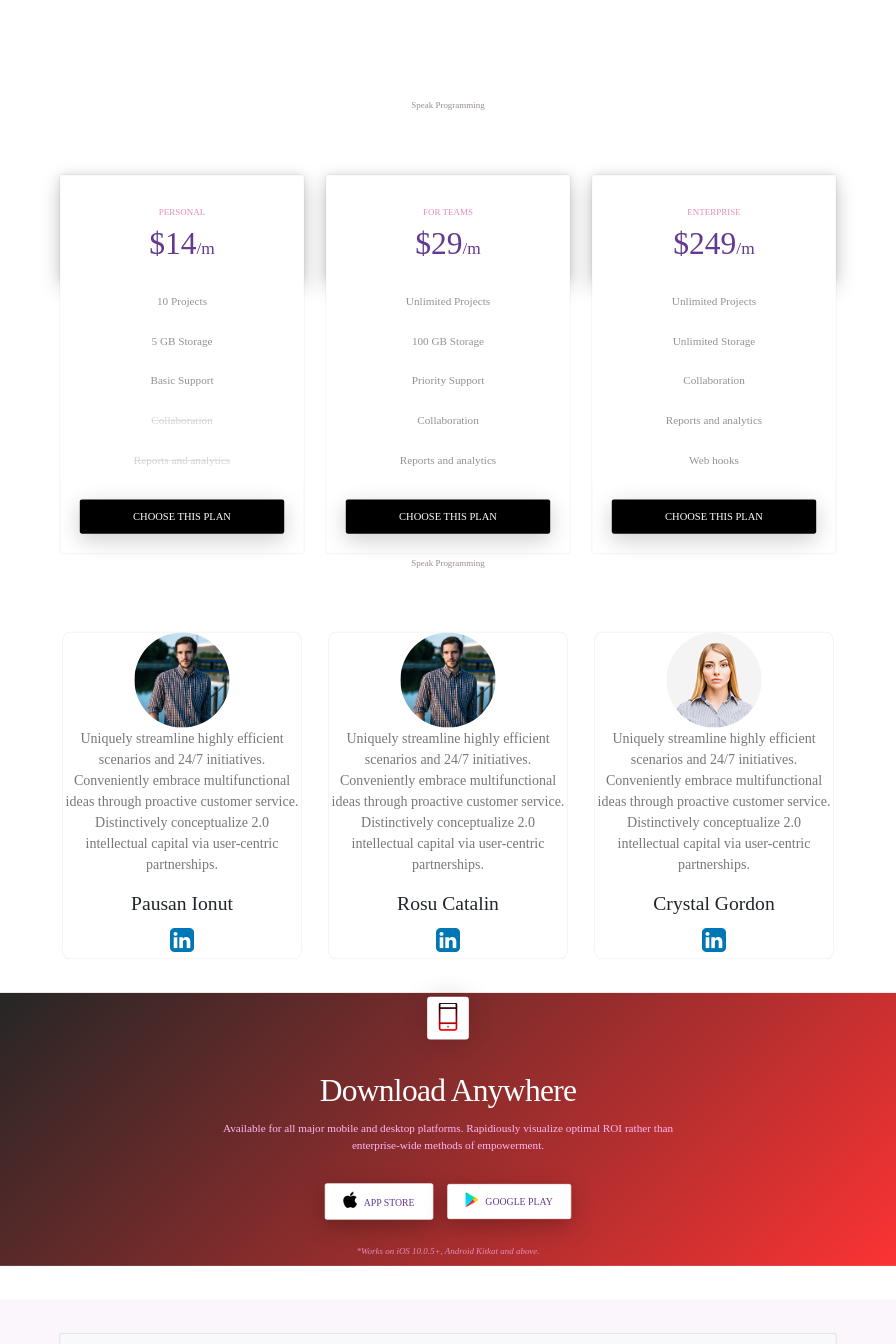
Repository: RosuCatalinDorin/ITSchool
Page: home-page/index.html
These files come from the project's save history. The page is drawn as it stood at one moment and after the next save; the edit follows.
The browser window is 1280 px wide. The pictures show the part of the page from y = 528 to 2448 px (the page is 3488 px tall), at 70% of full size.
Some web libraries are served in a nearby version.

Above is the page before, as saved 2019-03-13 16:36:38.

### home-page/index.html
<!doctype html>
<html lang="en">


<head>
    <title>Speak Programming</title>
    <!-- Required meta tags -->
    <meta charset="utf-8">
    <meta name="viewport" content="width=device-width, initial-scale=1, shrink-to-fit=no">
    <meta name="description" content="Mobland - Mobile App Landing Page Template">
    <meta name="keywords" content="HTML5, bootstrap, mobile, app, landing, ios, android, responsive">
    <!-- Font -->

    <link rel="dns-prefetch" href="//fonts.googleapis.com">
     <!-- Bootstrap CSS -->
    <link rel="stylesheet" href="../css/bootstrap.min.css">
    <!-- Themify Icons -->
    <link rel="stylesheet" href="../css/themify-icons.css">
    <!-- Owl carousel -->
    <link rel="stylesheet" href="../css/owl.carousel.min.css">
    <link rel="stylesheet" href="../css/teamStyle.css">
    <link rel="stylesheet" href="../detaliiCurs/css/detalii-curs.css">
    <link rel="stylesheet" href="./home.css">



    <link rel="stylesheet" href="https://maxcdn.bootstrapcdn.com/font-awesome/4.5.0/css/font-awesome.min.css">

    <!-- Main css -->
    <link href="../css/style.css" rel="stylesheet">
    <link rel="shortcut icon" href="../images/partea_de_susLogo.png"/>
    <!-- jQuery and Bootstrap -->
    <script src="../js/jquery-3.2.1.min.js"></script>
    <script src="../js/bootstrap.bundle.min.js"></script>
    <!-- Plugins JS -->
    <script src="../js/owl.carousel.min.js"></script>
    <!-- Custom JS -->
    <script src="../js/script.js"></script>
    <script src="../js/fbLogin.js"></script>

</head>

<body data-spy="scroll" data-target="#navbar" data-offset="30">

    <!-- NAV BAR START-->
    <div class="nav-menu fixed-top">
        <div class="container">
            <div class="row">
                <div class="col-md-12">
                    <nav class="navbar navbar-dark navbar-expand-lg">
                        <a class="navbar-brand" href="index.html"><img src="../images/partea_de_susLogo.png" height="43" width="43" class="img-fluid" alt="logo"></a> <button class="navbar-toggler" type="button" data-toggle="collapse" data-target="#navbar" aria-controls="navbar" aria-expanded="false" aria-label="Toggle navigation"> <span class="navbar-toggler-icon"></span> </button>
                        <div class="collapse navbar-collapse" id="navbar">
                            <ul class="navbar-nav ml-auto">
                                <li class="nav-item"> <a class="nav-link active" href="#home">HOME <span class="sr-only">(current)</span></a> </li>
                                <li class="nav-item"> <a class="nav-link" href="#cursuri">CURSURI</a> </li>
                                <li class="nav-item"> <a class="nav-link" href="#aboutUS">DESPRE NOI</a> </li>
                                <li class="nav-item"> <a class="nav-link" href="#contact">CONTACT</a> </li>
                            </ul>
                        </div>
                    </nav>
                </div>
              </div>
         </div>
    </div>
<!-- NAV BAR END -->
    <!-- START HEADER -->
    <header  id="home">
        <div class="container mt-5">
            <h1 class="textClass"> Mesaj 1 (eu zic moto)</h1>
        </div>
        <div class="img-holder mt-3"><img src="../images/logo_partea_deJos.png" alt="phone" class="img-fluid">
            <p class="textClass">Mesaj 2 De ce am creat asta? O intrebare de genu</p>
        </div>
    </header>

    <!-- END HEADER -->

    <div class="section" id="cursuri">
        <div class="container">
            <div class="section-title">
                <small>Speak Programming</small>
                <h3>Cursuri</h3>
            </div>

            <div class="card-deck">
                <div class="card pricing">
                    <div class="card-head">
                        <small class="text-primary">PERSONAL</small>
                        <span class="price">$14<sub>/m</sub></span>
                    </div>
                    <ul class="list-group list-group-flush">
                        <div class="list-group-item">10 Projects</div>
                        <div class="list-group-item">5 GB Storage</div>
                        <div class="list-group-item">Basic Support</div>
                        <div class="list-group-item"><del>Collaboration</del></div>
                        <div class="list-group-item"><del>Reports and analytics</del></div>
                    </ul>
                    <div class="card-body">
                        <a href="screens/curs.html" class="btn btn-primary btn-lg btn-block">Choose this Plan</a>
                    </div>
                </div>
                <div class="card pricing">
                    <div class="card-head">
                        <small class="text-primary">FOR TEAMS</small>
                        <span class="price">$29<sub>/m</sub></span>
                    </div>
                    <ul class="list-group list-group-flush">
                        <div class="list-group-item">Unlimited Projects</div>
                        <div class="list-group-item">100 GB Storage</div>
                        <div class="list-group-item">Priority Support</div>
                        <div class="list-group-item">Collaboration</div>
                        <div class="list-group-item">Reports and analytics</div>
                    </ul>
                    <div class="card-body">
                        <a href="screens/curs.html" class="btn btn-primary btn-lg btn-block">Choose this Plan</a>
                    </div>
                </div>
                <div class="card pricing">
                    <div class="card-head">
                        <small class="text-primary">ENTERPRISE</small>
                        <span class="price">$249<sub>/m</sub></span>
                    </div>
                    <ul class="list-group list-group-flush">
                        <div class="list-group-item">Unlimited Projects</div>
                        <div class="list-group-item">Unlimited Storage</div>
                        <div class="list-group-item">Collaboration</div>
                        <div class="list-group-item">Reports and analytics</div>
                        <div class="list-group-item">Web hooks</div>
                    </ul>
                    <div class="card-body">
                        <a href="screens/curs.html" class="btn btn-primary btn-lg btn-block">Choose this Plan</a>
                    </div>
                </div>
            </div>
            <!-- // end .pricing -->
        </div>

    </div>


        <div class="container   embed-responsive">
            <div class="section-title">
                <small>Speak Programming</small>
                <h3>Trainers</h3>
            </div>
            <div class="contentTem">
                <div class="divNewTeam testimonials-single">
                    <img src="../images/pozaIonutPausan.jpg" class="rounded-circle" alt="Cinque Terre" width="136" height="136">
                    <blockquote class="blockquote">Uniquely streamline highly efficient scenarios and 24/7 initiatives. Conveniently embrace multifunctional ideas through proactive customer service. Distinctively conceptualize 2.0 intellectual capital via user-centric partnerships.</blockquote>
                    <h5 class="mt-4 mb-2">Pausan Ionut</h5>
                    <a href="#" class="btn"> <i class="fa fa-linkedin-square" style="font-size:40px; color:#0077B5"></i>  </a>
                </div>
                <div class="divNewTeam testimonials-single">
                    <img src="../images/pozaIonutPausan.jpg" class="rounded-circle" alt="Cinque Terre" width="136" height="136">
                    <blockquote class="blockquote">Uniquely streamline highly efficient scenarios and 24/7 initiatives. Conveniently embrace multifunctional ideas through proactive customer service. Distinctively conceptualize 2.0 intellectual capital via user-centric partnerships.</blockquote>
                    <h5 class="mt-4 mb-2">Rosu Catalin</h5>
                    <a href="#" class="btn"><i class="fa fa-linkedin-square" style="font-size:40px; color:#0077B5"></i>  </a>
                </div>
                <div class="divNewTeam testimonials-single">
                    <img src="../images/client.png" class="rounded-circle" alt="Cinque Terre" width="136" height="136">
                    <blockquote class="blockquote">Uniquely streamline highly efficient scenarios and 24/7 initiatives. Conveniently embrace multifunctional ideas through proactive customer service. Distinctively conceptualize 2.0 intellectual capital via user-centric partnerships.</blockquote>
                    <h5 class="mt-4 mb-2">Crystal Gordon</h5>
                    <a href="#" class="btn"> <i class="fa fa-linkedin-square" style="font-size:40px; color:#0077B5"></i>  </a>
                </div>
            </div>
        </div>

    <div class="section bg-gradient" id ="aboutUS">
        <div class="container">
            <div class="call-to-action">

                <div class="box-icon"><span class="ti-mobile gradient-fill ti-3x"></span></div>
                <h2>Download Anywhere</h2>
                <p class="tagline">Available for all major mobile and desktop platforms. Rapidiously visualize optimal ROI rather than enterprise-wide methods of empowerment. </p>
                <div class="my-4">
                    <a href="#" class="btn btn-light"><img src="../images/appleicon.png" alt="icon"> App Store</a>
                    <a href="#" class="btn btn-light"><img src="../images/playicon.png" alt="icon"> Google play</a>
                </div>
                <p class="text-primary"><small><i>*Works on iOS 10.0.5+, Android Kitkat and above. </i></small></p>
            </div>
        </div>

    </div>
    <!-- // end .section -->

    <div class="light-bg py-5" id="contact">
        <div class="container">
            <div class="card bg-light">
                <article class="card-body mx-auto" style="max-width: 400px;">
                    <h4 class="card-title mt-3 text-center">Inscriete la curs </h4>
                    <p class="text-center">Completeaza campurile de mai jos </p>
                    <p class="divider-text">
                        <span class="bg-light">OR</span>
                    </p>
                    <form>
                        <div class="form-group input-group">
                            <div class="input-group-prepend">
                                <span class="input-group-text"> </span>
                            </div>
                            <input name="" class="form-control" placeholder="Nume complet" type="text">
                        </div> <!-- form-group// -->
                        <div class="form-group input-group">
                            <div class="input-group-prepend">
                                <span class="input-group-text"></span>
                            </div>
                            <input name="" class="form-control" placeholder="Adresa de e-mail" type="email">
                        </div> <!-- form-group// -->
                        <div class="form-group input-group">
                            <div class="input-group-prepend">
                                <span class="input-group-text">  </span>
                            </div>
                            <select class="custom-select" style="max-width: 120px;">
                                <option selected="">+40</option>
                                <option value="1">+972</option>
                                <option value="2">+198</option>
                                <option value="3">+701</option>
                            </select>
                            <input name="" class="form-control" placeholder="Numar de telefon" type="text">
                        </div> <!-- form-group// -->
                        <div class="form-group input-group">
                            <div class="input-group-prepend">
                                <span class="input-group-text"></span>
                            </div>
                            <select class="form-control">
                                <option selected=""> Selecteaza cursul</option>
                                <option>HTML5, CSS, JAVA-SCRIPT</option>
                                <option>MySQL,PHP</option>
                            </select>

                        </div> <!-- form-group end.// -->
                        <div class="form-group input-group">
                            <div class="input-group-prepend">
                                <span class="input-group-text">  </span>
                            </div>
                            <textarea  class="form-control"  rows="4" cols="50"></textarea>
                        </div> <!-- form-group// -->
                        <div class="form-group">
                            <button type="submit" class="btn btn-primary btn-block"> TestFAcebook  </button>
                        </div> <!-- form-group// -->
                    </form>
                </article>
            </div> <!-- card.// -->

        </div>

    </div>
    <!-- // end .section -->

    <!-- START FOOTER -->
    <footer class="footer">
            <div class="footer-container">
                <div class="footer-row">
                    <div class="social-media">
                        <h1>Contacteaza-ne pe:</h1>
                        <p class="social-media-paragraph">Speak programming:
                            <span>contact@speakprogramming.ro</span>
                        </p>
                        <p class="social-media-paragraph">Facebook:
                            <span>contact@speakprogramming.ro</span>
                        </p>
                        <div class="social-media-icons">

                        </div>
                        <p>Adresa</p>
                    </div>

                    <div class="contact-form">
                        <h1>Email us:</h1>
                        <label for="email">Email</label>
                        <input type="text" name="email" value="" class="form-control input-lg input-space" placeholder="Your Email"/>

                        <label for="mesaj">Scrie-ne un mesaj</label>
                        <textarea type="text" name="mesaj" value="" class="input-space form-control input-lg" placeholder="Mesaj..."/></textarea>
                        <button class="btn submit-button-footer">Submit</button>
                    </div>
                </div>


                <p class="copyright-message text-center"><small>COPYRIGHT © 2017. ALL RIGHTS RESERVED BY <a href="">SPEAK PROGRAMMING</a></small></p>
                <!-- <small class="copyright-message text-center footer-links">
                    <a href="#" class="m-2"></a>
                    <a href="#" class="m-2"></a>
                    <a href="#" class="m-2"></a>
                </small> -->
            </div>
        </footer>
</body>

</html>

### css/teamStyle.css
.divNewTeam{
    border: 1px solid #f1eef1;
    width: 30%;
    border-radius: 3%;
}
.contentTem{
    display: flex;
}
@media only screen and (max-width: 600px){
    .contentTem{
        display: block;
        margin-top: 50px;
    }
}

### detaliiCurs/css/detalii-curs.css
/* Header start */
.header-detalii-curs {
    background-image: url("../../images/headerbk.jpg");
    background-repeat: no-repeat;
    background-size: cover;
    padding-bottom:25px;
    margin-top: 40px;
    height: 400px;
    display: flex;
    flex-direction: column;
    justify-content: center;
}

.detalii-curs-titlu{
    font-size: 45px;
    margin-bottom: 30px;
}

.detalii-curs-motto{
    font-size: 25px;
    margin-bottom: 30px;
}

.enroll-header-btn{
    font-size: 15px;
}
.enroll-header-btn a {
    color: #FFF;
}

.enroll-header-btn:hover {
    background: #e5003c;
    cursor: pointer;
    border: 1px solid transparent;
    font-size: 16px;
}

.container-detalii-curs {
    text-align: center;
}

.detalii-curs-button-container{
    margin-bottom: 30px;
}
/* Header ends */

/* Info curs container start */
.curs-container {
    width: 100%;
    background: #f9f9f9;
    padding-bottom:40px;
}
.info-curs-container {
    width: 70%;
    margin: auto;
}

.info-title{
    padding-top: 55px;
    padding-bottom: 50px;
    height: auto;
}

.detalii-curs-motto {
    color: black;
}

.info-title h2{
    text-align: center;
}

    /* DETALII CURS -START */
.info-curs-detalii{
    display: flex;
    justify-content: space-between;
    margin-bottom: 30px;
}

.informatii-curs-sumar{
    width: 25%;
    -webkit-box-shadow: 2px 3px 18px -2px rgba(186,186,186,0.68);
    -moz-box-shadow: 2px 3px 18px -2px rgba(186,186,186,0.68);
    box-shadow: 2px 3px 18px -2px rgba(186,186,186,0.68);
    border-radius: 3%;
    background: #fff;
    border: 1px solid #f1eef1;
}

.informatii-curs-sumar h3 {
    text-align: center;
    color: black;
    padding:20px 0;
}

.informatii-curs-row{
    /* font size-font-style */
    display: flex;
}

.row-first-elem{
    font-weight: bold;
    width: 30%;
    padding-left: 10%;
}

.row-second-elem {
    width:60%;
    text-align: start;
    padding-left: 20%;
  }

.trainer-linkedin{
    display: flex;
    justify-content: space-between;
}
/* DETALII CURS -END */

/* DESCRIERE CURS START */
.descriere-curs{
    width: 60%;
}

.descriere-curs h4{
    font-weight: bold;
}

.descriere-cui-se-adreseaza{
    padding-bottom: 20px;
}

.descriere-cui-se-adreseaza h4{
    color: black;
    padding-bottom: 10px;
}

/* DESCRIERE CURS ENDS */

/* Info curs container ends */


/* PROGRAMA CURS START */

.programa-curs{
    margin: auto;
    width: 70%;
    justify-content: space-between;
    padding-bottom: 50px;
}

.detalii-programa {
    width: 100%;
    display: flex;
    justify-content: space-between;
}

.programa-curs-row{
    width: 25%;
    color: black;
    -webkit-box-shadow: 2px 3px 18px -2px rgba(186,186,186,0.68);
    -moz-box-shadow: 2px 3px 18px -2px rgba(186,186,186,0.68);
    box-shadow: 2px 3px 18px -2px rgba(186,186,186,0.68);
    border-radius: 3%;
    border: 1px solid #f1eef1;
}

.programa-curs-header {
    padding-top: 20px;
    display: flex;
    color:black;
    width:80%;
    margin: auto;
    justify-content: center;
}

.programa-curs-header h4{
    padding: 20px 0;
    font-weight: bold;
    color: black;
}

.programa-curs-header i {
    padding:25px 0 0 15px;
}


.lista-programa-curs{
    width: 90%;
    margin: auto;
    padding-bottom: 10px;
}

.lista-programa-curs li {
    padding-top: 10px;
    padding-bottom: 10px;
}

.web-basics{
    display: flex;
}

.web-basics li {
    width: 50%;
}

.web-basics div{
    padding-top: 10px;
}


/* PROGRAMA CURS ENDS */

/* DESCRIERE TRAINER START */
.trainer-section{
    position: relative;
    background:black;
    width: 100%;
    border-bottom: 2px solid lightgray;
    padding-bottom: 70px;
}

.descriere-trainer {
    width:70%;
    margin: auto;
    color: white;
}

.descriere-trainer h2,h3,h4{
    color:white;
}

.info-title span{
    color: #e5003c
}

.trainer-row {
    margin-top: 40px;
    display: flex;
    justify-content: space-between;
}

.trainer-profile{
    width:30%;
}

.trainer-delimitator {
    height: 1px;
    width: 100%;
    background: #959094;
    position: absolute;
    top:57%;
    left: 0;
    z-index:33;
    margin:auto;
}

.trainer-description{
    width: 60%;
}

.trainer-description p{
    color: #959094
}

.trainer-image-container{
    width: 34%;
    margin: auto;
    margin-bottom: 20px;
}

.trainer-image {
    border-radius:50%;
    margin:auto;
    width: 136px;
    height: 136px;
}

.trainer-name{
    width:50%;
    margin: auto;
    margin-bottom: 20px;
}

.trainer-name h3{
    text-align: center;
}

.trainer-description h4,p{
    padding-bottom: 10px;
}

.trainer-short-description span{
    padding-right: 5%;
}

.marketing-section-part1{
    height: 50%;
}

.marketing-section-part1 h1{
    font-size: 50px;
    text-align: center;
    padding: 15% 0 20px 0;
}

.marketing-section-part1 h3{
    color: black;
    text-align: center;
    padding: 40px 0 20px 0;
}

.img-container{
    display: flex;
    justify-content: space-around;
    padding-top: 15%;
}

.marketing-image-container {
    width: 25%;
}

.marketing-image-container img {
    width: 90%;
    height: 90%;
}

/* DESCRIERE TRAINER ENDS */

/* INSCRIERE CURS START */

.inscriere-curs-section {
    padding-bottom: 50px;
}

.inscriere-curs-container{
    display: flex;
    width: 70%;
    margin: auto;
}

.inscriere-marketing-section{
    background-image: url("../../images/bau.jpg");
    background-size: cover;
    width:49%;
    background-color: lightgrey;
    height:auto;
    display: flex;
    flex-direction: column;
}

.inscriere-form-container{
    width:49%;
}

.formular-inscriere{
    width: 90%;
    margin:0 auto;
}

.input-space{
    margin-bottom: 20px;
}

.termeni-conditii{
    display: flex;
    margin-bottom: 20px;
}

.checkbox{
    width: 2%;
    margin-top: 5px;
    margin-right:10px;
}

form label{
    font-weight:bold;
}

.enroll-btn {
    background-color: black!important;
    font-size: 20px;
}

.enroll-btn:hover {
    cursor: pointer;
    background-color: #e5003c!important;
}
/* INSCRIERE CURS END */

/* FOOTER START */

.footer {
    padding-top: 40px;
    background-color: black;
}

.footer-container {
    width: 70%;
    margin: auto;
    color: white;
}

.footer-row {
    display: flex;
    justify-content: space-between;
}

.social-media, .contact-form {
    width: 45%;
    padding: 0 15px;
}


.copyright-message {
    width: 100%;
    margin: auto;
}
.copyright-message a{
    color: #e5003c;
}

.social-media-paragraph{
    text-align: left;
    color: white;
}

.social-media-paragraph span{
    color: #959094;
}

.submit-button-footer {
    height: 45px;
    color: white;
    font-size: 17px!important;
    width: 50%;
    background-color: #e5003c!important;
    float: right;
    box-shadow: 0px 9px 32px 0px rgba(0, 0, 0, 0.2);
    text-transform: uppercase;
}

.submit-button-footer:hover {
    cursor: pointer;
    background-color: #be0b23e5!important;
    transition: all 0.3s ease;
}

.footer-links {
    margin: auto;
}

/* FOOTER END */

### home-page/home.css
.card-head{
    box-shadow: 0 0 12px 0 rgba(0,0,0,0.1), 0 10px 30px 0 rgba(0,0,0,0.2);
}

Loaded but not shown: css/bootstrap.min.css (library); css/themify-icons.css (common file); css/owl.carousel.min.css (library); js/jquery-3.2.1.min.js (library); js/bootstrap.bundle.min.js (library); js/owl.carousel.min.js (library); js/script.js (112 lines, source omitted); js/fbLogin.js (68 lines, source omitted); css/style.css (702 lines, source omitted)

After the next save:
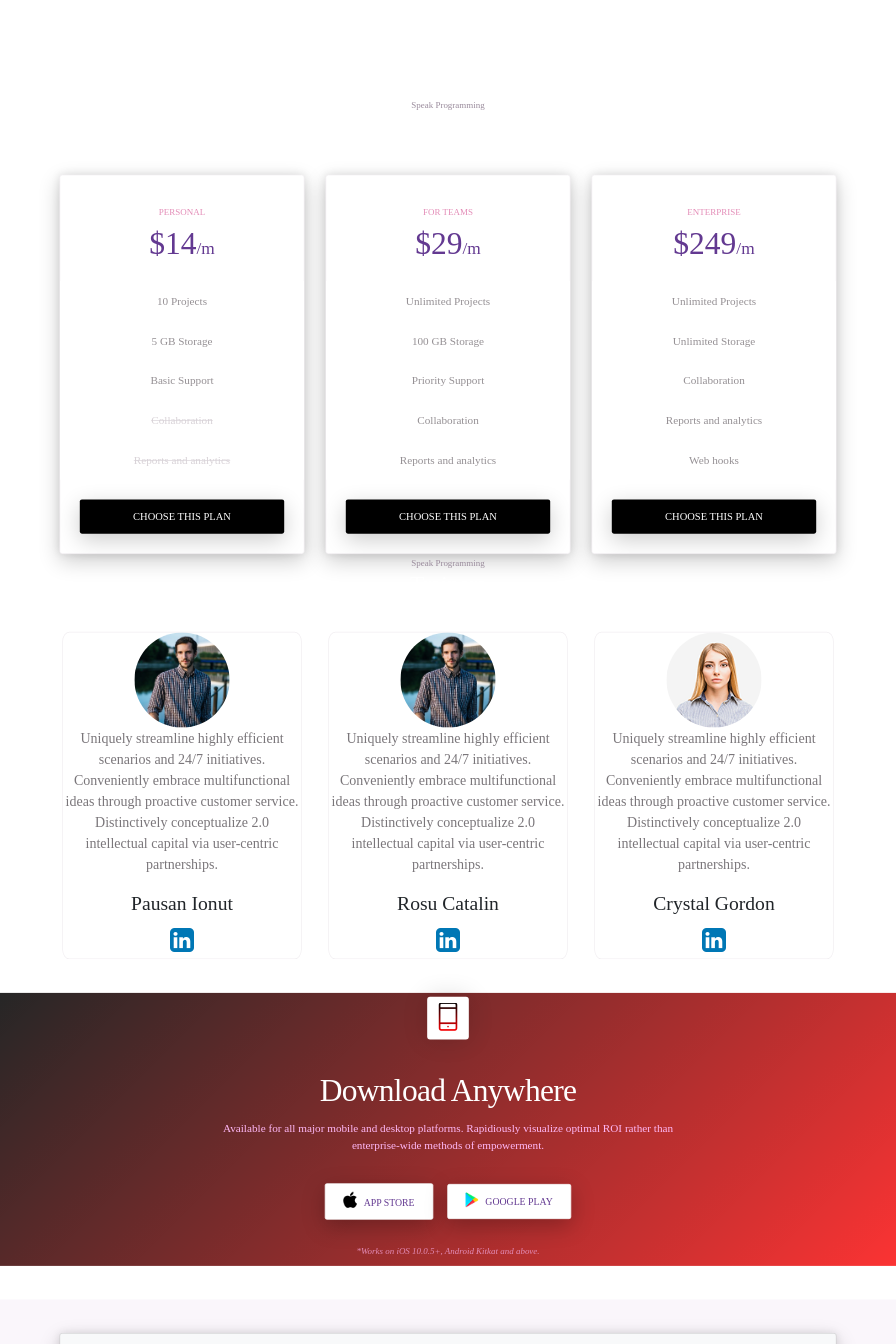
Saved 15 s later.
--- a/home-page/home.css
+++ b/home-page/home.css
@@ -1,3 +1,3 @@
-.card-head{
+.card{
     box-shadow: 0 0 12px 0 rgba(0,0,0,0.1), 0 10px 30px 0 rgba(0,0,0,0.2);
 }
